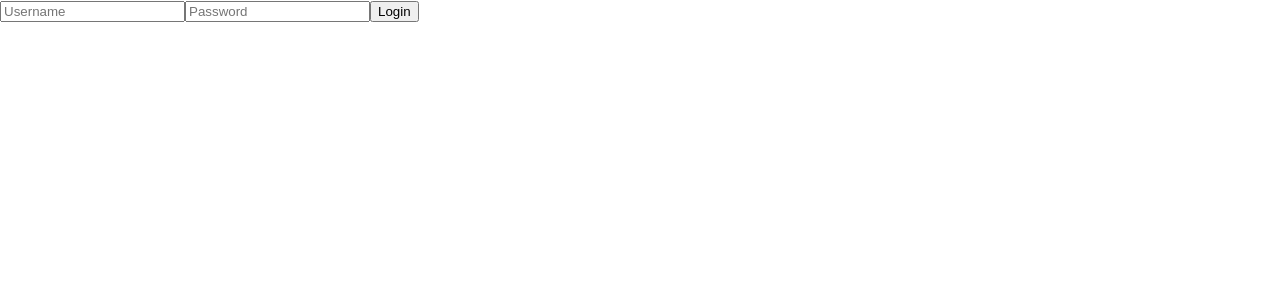
Repository: AfifaNoor/Admin_Panel-React-
Page: /
These files come from the project's save history. The page is drawn as it stood at one moment and after a run of saves; the edit follows.
The browser window is 1280 px wide. The pictures show the whole page.
The project was rebuilt for these pictures with package versions that can differ from the ones it lists, and the page was loaded fresh each time.

Above is the page before, as saved 2025-07-09 18:26:50.

After the next 3 saves:
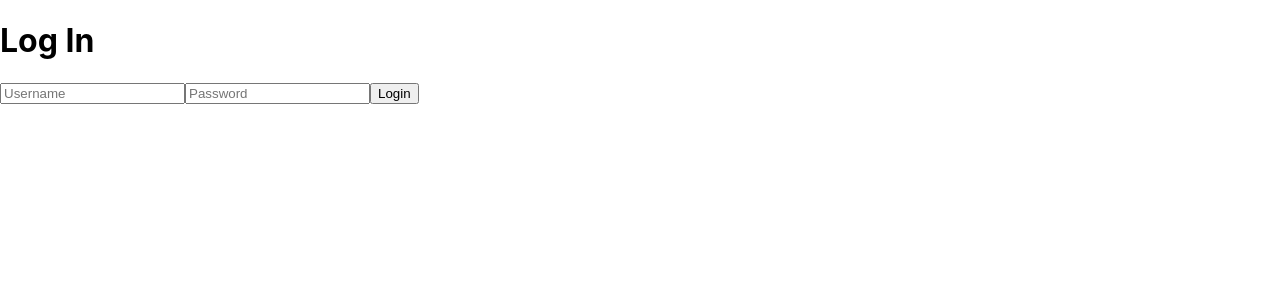
The 3 saves are shown as one change because 2 did not build or start.
The last was saved 76 s later.
--- a/src/LoginPage.jsx
+++ b/src/LoginPage.jsx
@@ -6,7 +6,7 @@ const LoginPage = () => {
 
   return (
     <div className='login-container'>
-    <div className='logo'></div>
+    <h1 className='title'>Log In </h1>
     <input type='text'
      className='input-field'
      placeholder='Username'
